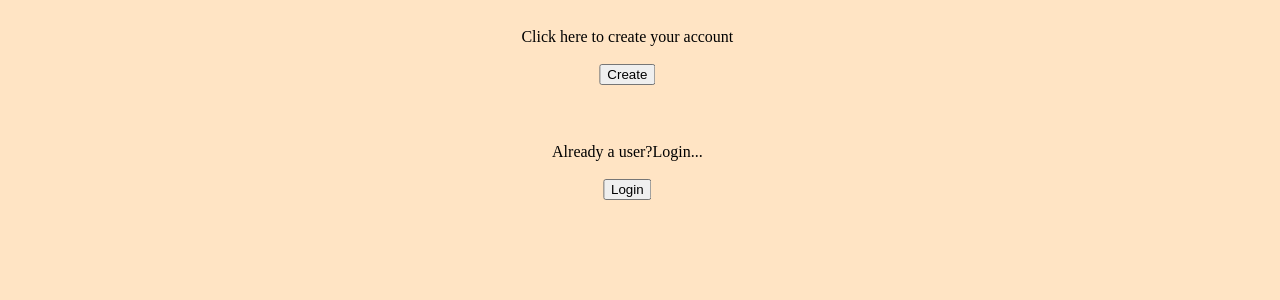
Repository: rosikraj/TurbifyTraining
Page: Wallet/WebContent/button.html
The author's editor kept a copy of each file at every save. The page is drawn from the files as they stood at one save, then again after the next save.
The browser window is 1280 px wide. The pictures show the whole page.

Above is the page before, as saved 2023-09-24 08:06:44.

After the next save:
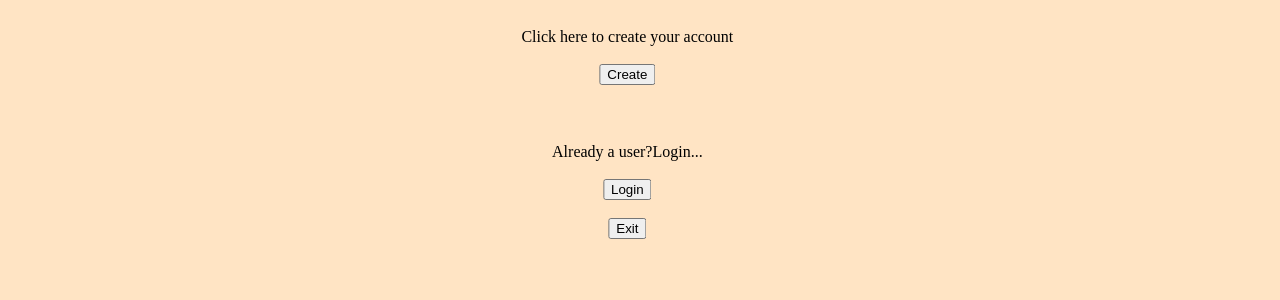
Saved 20 s later.
--- a/Wallet/WebContent/button.html
+++ b/Wallet/WebContent/button.html
@@ -31,6 +31,8 @@ Click here to create your account<br><br>
 Already a user?Login...<br><br>
 <input type="submit" name="login" value="Login">
 <br><br>
+<button onclick="window.close()">Exit</button>
+
 </form>
 </center>
 </body>
